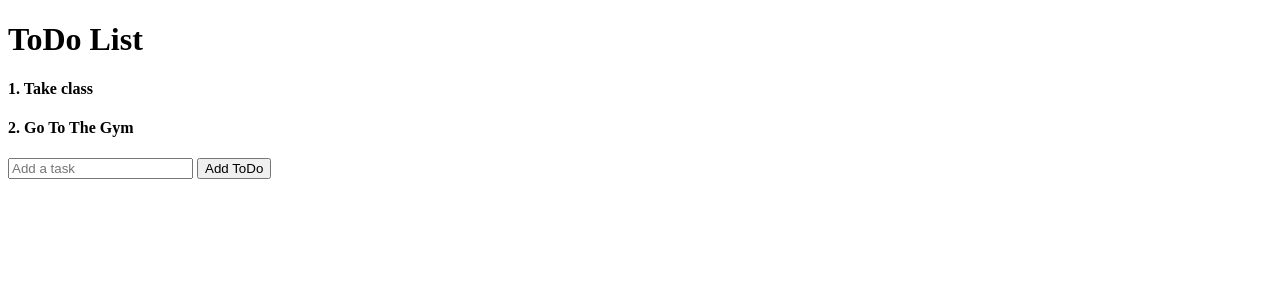
Repository: tanayburbure/Todo-application
Page: index.html
The author's editor kept a copy of each file at every save. The page is drawn from the files as they stood at one save, then again after the next save.
The browser window is 1280 px wide. The pictures show the whole page.

Above is the page before, as saved 2025-10-20 17:01:19.
Console error: TypeError: Cannot set properties of undefined (setting 'innerHTML')

After the next save:
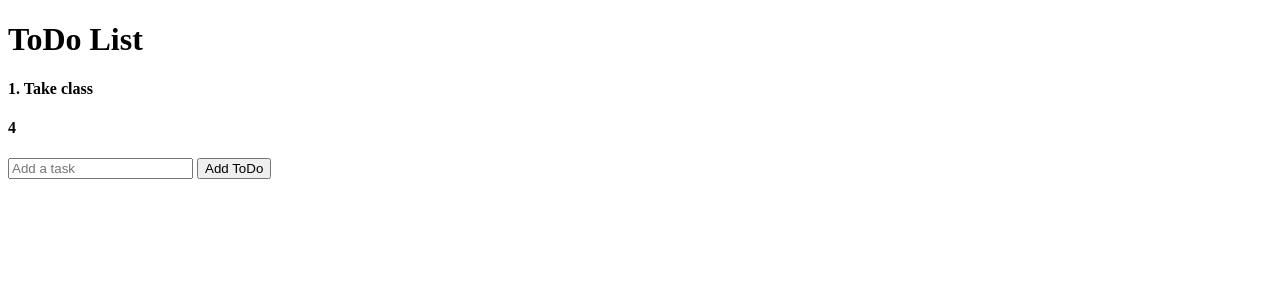
The error is gone.
Saved 84 s later.
--- a/script.js
+++ b/script.js
@@ -1,8 +1,8 @@
 let ctr = 0;
 function callback(){
-    document.querySelectorAll("h2")[1].innerHTML = ctr;
-    // const el = document.querySelectorAll("h2")[1];
-    // el.innerHTML = ctr;
+    // document.querySelectorAll("h4")[1].innerHTML = ctr;
+    const el = document.querySelectorAll("h4")[1];
+    el.innerHTML = ctr;
     ctr = ctr + 1;
 }
 setInterval(callback,1000)
